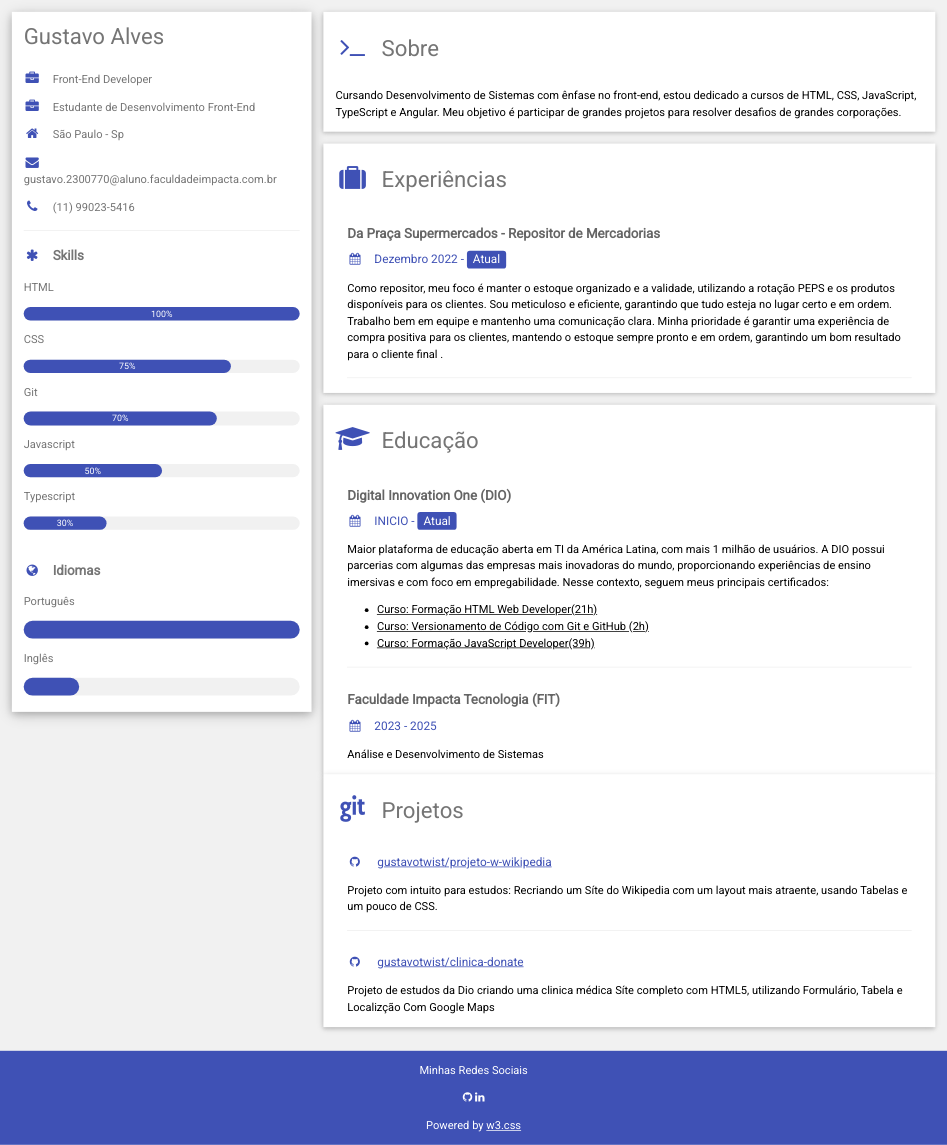
Repository: gustavotwist/cv
Page: index.html
These files come from the project's save history. The page is drawn as it stood at one moment and after a run of saves; the edit follows.
The browser window is 1280 px wide. The pictures show the whole page, at 74% of full size.

Above is the page before, as saved 2024-06-19 22:04:19.

### index.html
<!DOCTYPE html>
<!-- @falvojr: Reference article https://www.w3schools.com/howto/howto_website_create_resume.asp -->
<!-- @falvojr: Useful link to use fontawesome (fa) icons: https://fontawesome.com/v4/icons/ -->
<html lang="pt-BR">

  <head>
    <title>Gustavo Alves</title>

    <meta http-equiv="Content-Type" content="text/html; charset=UTF-8">
    <meta name="viewport" content="width=device-width, initial-scale=1">

    <link rel="stylesheet" href="https://www.w3schools.com/w3css/4/w3.css">
    <link rel='stylesheet' href='https://fonts.googleapis.com/css?family=Roboto'>
    <link rel="stylesheet" href="https://cdnjs.cloudflare.com/ajax/libs/font-awesome/4.7.0/css/font-awesome.min.css">

    <style>
      html,body,h1,h2,h3,h4,h5,h6 {font-family: "Roboto", sans-serif}
    </style>

  </head>

  <body class="w3-light-grey" cz-shortcut-listen="true">

    <!-- Page Container -->
    <div class="w3-content w3-margin-top" style="max-width:1400px;">

      <!-- The Grid -->
      <div class="w3-row-padding">

        <!-- Left Column -->
        <div class="w3-third">

          <div class="w3-white w3-text-grey w3-card-4">
            <!-- @falvojr: This container has been modified to not use a profile picture. -->
            <div class="w3-container">
              <h2>Gustavo Alves</h2>
            </div>
            <div class="w3-container">
              <p><i class="fa fa-briefcase fa-fw w3-margin-right w3-large w3-text-indigo"></i>Front-End Developer</p>
              <p><i class="fa fa-briefcase fa-fw w3-margin-right w3-large w3-text-indigo"></i>Estudante de Desenvolvimento Front-End</p>
              <p><i class="fa fa-home fa-fw w3-margin-right w3-large w3-text-indigo"></i>São Paulo - Sp</p>
              <p><i class="fa fa-envelope fa-fw w3-margin-right w3-large w3-text-indigo"></i>gustavo.2300770@aluno.faculdadeimpacta.com.br</p>
              <p><i class="fa fa-phone fa-fw w3-margin-right w3-large w3-text-indigo"></i>(11) 99023-5416</p>
              <hr>

              <p class="w3-large">
                <b><i class="fa fa-asterisk fa-fw w3-margin-right w3-text-indigo"></i>Skills</b>
              </p>
              <p>HTML</p>
              <div class="w3-light-grey w3-round-xlarge w3-small">
                <div class="w3-container w3-center w3-round-xlarge w3-indigo" style="width:100%">100%</div>
              </div>
              <p>CSS</p>
              <div class="w3-light-grey w3-round-xlarge w3-small">
                <div class="w3-container w3-center w3-round-xlarge w3-indigo" style="width:75%">75%</div>
              </div>
              <p>Git</p>
              <div class="w3-light-grey w3-round-xlarge w3-small">
                <div class="w3-container w3-center w3-round-xlarge w3-indigo" style="width:70%">70%</div>
              </div>
              <p>Javascript</p>
              <div class="w3-light-grey w3-round-xlarge w3-small">
                <div class="w3-container w3-center w3-round-xlarge w3-indigo" style="width:50%">50%</div>
              </div>
              <p>Typescript</p>
              <div class="w3-light-grey w3-round-xlarge w3-small">
                <div class="w3-container w3-center w3-round-xlarge w3-indigo" style="width:30%">30%</div>
              </div>
              <br>
              <p class="w3-large w3-text-theme">
                <b><i class="fa fa-globe fa-fw w3-margin-right w3-text-indigo"></i>Idiomas</b>
              </p>
              <p>Português</p>
              <div class="w3-light-grey w3-round-xlarge">
                <div class="w3-round-xlarge w3-indigo" style="height:24px;width:100%"></div>
              </div>
              <p>Inglês</p>
              <div class="w3-light-grey w3-round-xlarge">
                <div class="w3-round-xlarge w3-indigo" style="height:24px;width:20%"></div>
              </div>
              <br>
            </div>
          </div><br>

          <!-- End Left Column -->
        </div>

        <!-- Right Column -->
        <div class="w3-twothird">

          <div class="w3-container w3-card w3-white w3-margin-bottom">
            <h2 class="w3-text-grey w3-padding-16"><i class="fa fa-terminal fa-fw w3-margin-right w3-xxlarge w3-text-indigo"></i>Sobre</h2>
            <p>Cursando Desenvolvimento de Sistemas com ênfase no front-end, estou dedicado a cursos de HTML, CSS, JavaScript, TypeScript e Angular. Meu objetivo é participar de grandes projetos para resolver desafios de grandes corporações.</p>
          </div>

          <div class="w3-container w3-card w3-white w3-margin-bottom">
            <h2 class="w3-text-grey w3-padding-16">
              <i class="fa fa-suitcase fa-fw w3-margin-right w3-xxlarge w3-text-indigo"></i>Experiências
            </h2>
            <div class="w3-container">
              <h5 class="w3-opacity"><b>Da Praça Supermercados - Repositor de Mercadorias</b></h5>
              <h6 class="w3-text-indigo"><i class="fa fa-calendar fa-fw w3-margin-right"></i>Dezembro 2022 - <span class="w3-tag w3-indigo w3-round">Atual</span></h6>
              <p>Como repositor, meu foco é manter o estoque organizado e a validade, utilizando a rotação PEPS e os produtos disponíveis para os clientes. Sou meticuloso e eficiente, garantindo que tudo esteja no lugar certo e em ordem. Trabalho bem em equipe e mantenho uma comunicação clara. Minha prioridade é garantir uma experiência de compra positiva para os clientes, mantendo o estoque sempre pronto e em ordem, garantindo um bom resultado para o cliente final .</p>
              <hr>
            </div>
          </div>

          <div class="w3-container w3-card w3-white">
            <h2 class="w3-text-grey w3-padding-16">
              <i class="fa fa-graduation-cap fa-fw w3-margin-right w3-xxlarge w3-text-indigo"></i>Educação
            </h2>
            <div class="w3-container">
              <h5 class="w3-opacity"><b>Digital Innovation One (DIO)</b></h5>
              <h6 class="w3-text-indigo"><i class="fa fa-calendar fa-fw w3-margin-right"></i>INICIO - <span class="w3-tag w3-indigo w3-round">Atual</span></h6>
              <p>
                Maior plataforma de educação aberta em TI da América Latina, com mais 1 milhão de usuários.
                A DIO possui parcerias com algumas das empresas mais inovadoras do mundo, proporcionando experiências
                de ensino imersivas e com foco em empregabilidade. Nesse contexto, seguem meus principais certificados:
              </p>
              <ul>
                <li><a href="https://www.dio.me/certificate/VDSNYTO5" target="_blank">Curso: Formação HTML Web Developer(21h)</a></li>
                <li><a href="https://www.dio.me/certificate/EA66CA6A" target="_blank">Curso: Versionamento de Código com Git e GitHub (2h)</a></li>
                <li><a href="https://www.dio.me/certificate/OST0WIWG" target="_blank">Curso: Formação JavaScript Developer(39h)</a></li>
              </ul>
              <hr>
            </div>
            <div class="w3-container">
              <h5 class="w3-opacity"><b>Faculdade Impacta Tecnologia (FIT)</b></h5>
              <h6 class="w3-text-indigo"><i class="fa fa-calendar fa-fw w3-margin-right"></i>2023 - 2025</h6>
              <p>Análise e Desenvolvimento de Sistemas</p>
            </div>
          </div>

          <div class="w3-container w3-card w3-white w3-margin-bottom">
            <h2 class="w3-text-grey w3-padding-16">
              <i class="fa fa-git fa-fw w3-margin-right w3-xxlarge w3-text-indigo"></i>Projetos
            </h2>
            <div class="w3-container">
              <h6 class="w3-text-indigo">
                <i class="fa fa-github fa-fw w3-margin-right"></i>
                <a href="https://github.com/gustavotwist/projeto-w-wikipedia" target="_blank">gustavotwist/projeto-w-wikipedia</a>
              </h6>
              <p>Projeto com intuito para estudos: Recriando um Síte do Wikipedia com um layout mais atraente, usando Tabelas e um pouco de CSS.</p>
              <hr>
            </div>
            <div class="w3-container">
              <h6 class="w3-text-indigo">
                <i class="fa fa-github fa-fw w3-margin-right"></i>
                <a href="https://github.com/gustavotwist/clinica-donate" target="_blank">gustavotwist/clinica-donate</a>
              </h6>
              <p>Projeto de estudos da Dio criando uma clinica médica Síte completo com HTML5, utilizando Formulário, Tabela e Localizção Com Google Maps</p>
            </div>
          </div>

          <!-- End Right Column -->
        </div>

        <!-- End Grid -->
      </div>

      <!-- End Page Container -->
    </div>

    <footer class="w3-container w3-indigo w3-center w3-margin-top">
      <p>Minhas Redes Sociais</p>
      <a href="https://github.com/gustavotwist" target="_blank"><i class="fa fa-github w3-hover-opacity"></i></a>
      <a href="https://www.linkedin.com/in/gustavoalves7/" target="_blank"><i class="fa fa-linkedin w3-hover-opacity"></i></a>
      <p>Powered by <a href="https://www.w3schools.com/w3css/default.asp" target="_blank">w3.css</a></p>
    </footer>

  </body>

</html>

After the next 2 saves:
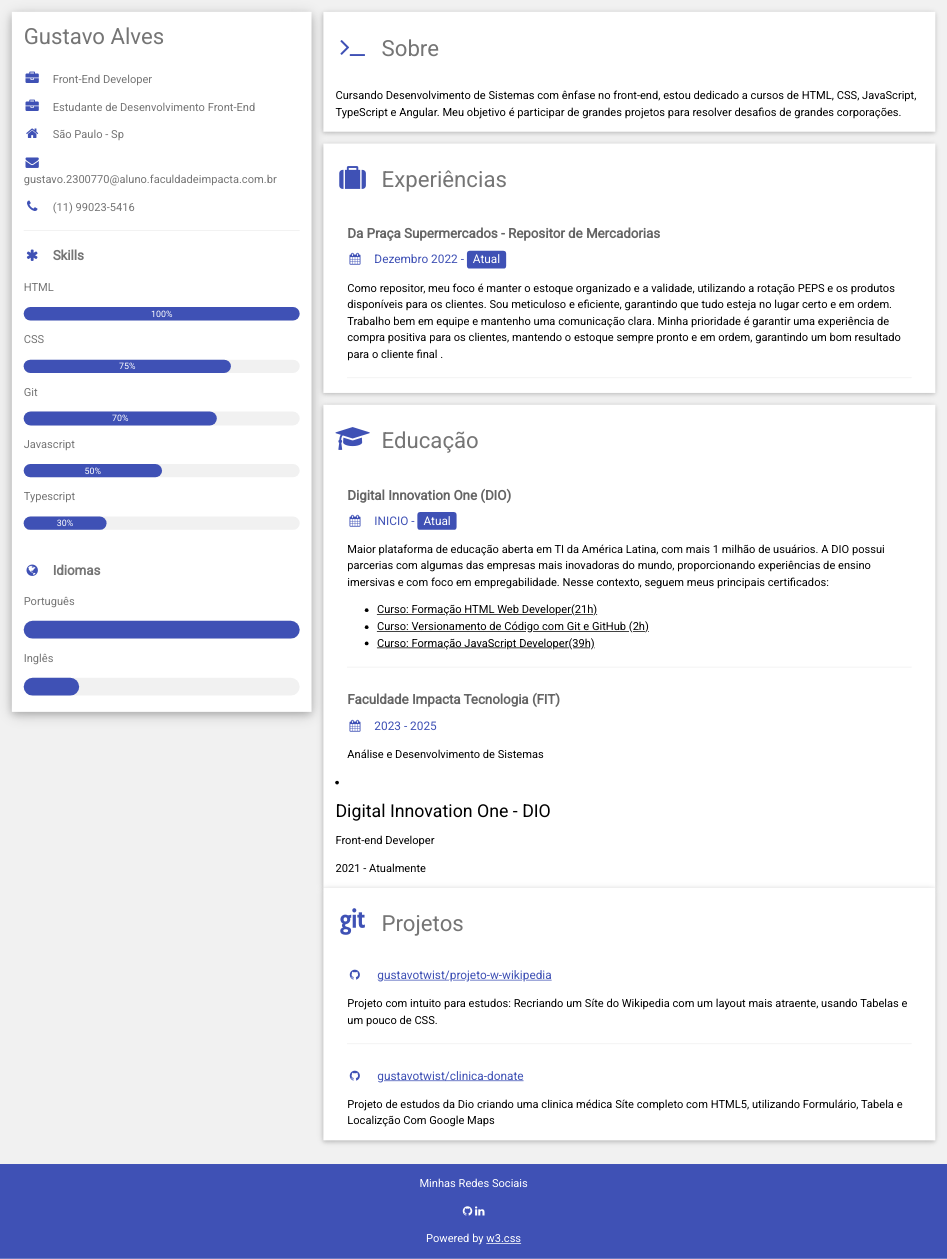
The 2 saves are shown as one change because they came seconds apart.
The last was saved 107 s later.
--- a/index.html
+++ b/index.html
@@ -129,6 +129,11 @@
               <h6 class="w3-text-indigo"><i class="fa fa-calendar fa-fw w3-margin-right"></i>2023 - 2025</h6>
               <p>Análise e Desenvolvimento de Sistemas</p>
             </div>
+            <li>
+              <h3 class="title school">Digital Innovation One - DIO</h3>
+              <span>Front-end Developer</span>
+              <p class="period">2021 - Atualmente</p>
+          </li>
           </div>
 
           <div class="w3-container w3-card w3-white w3-margin-bottom">
